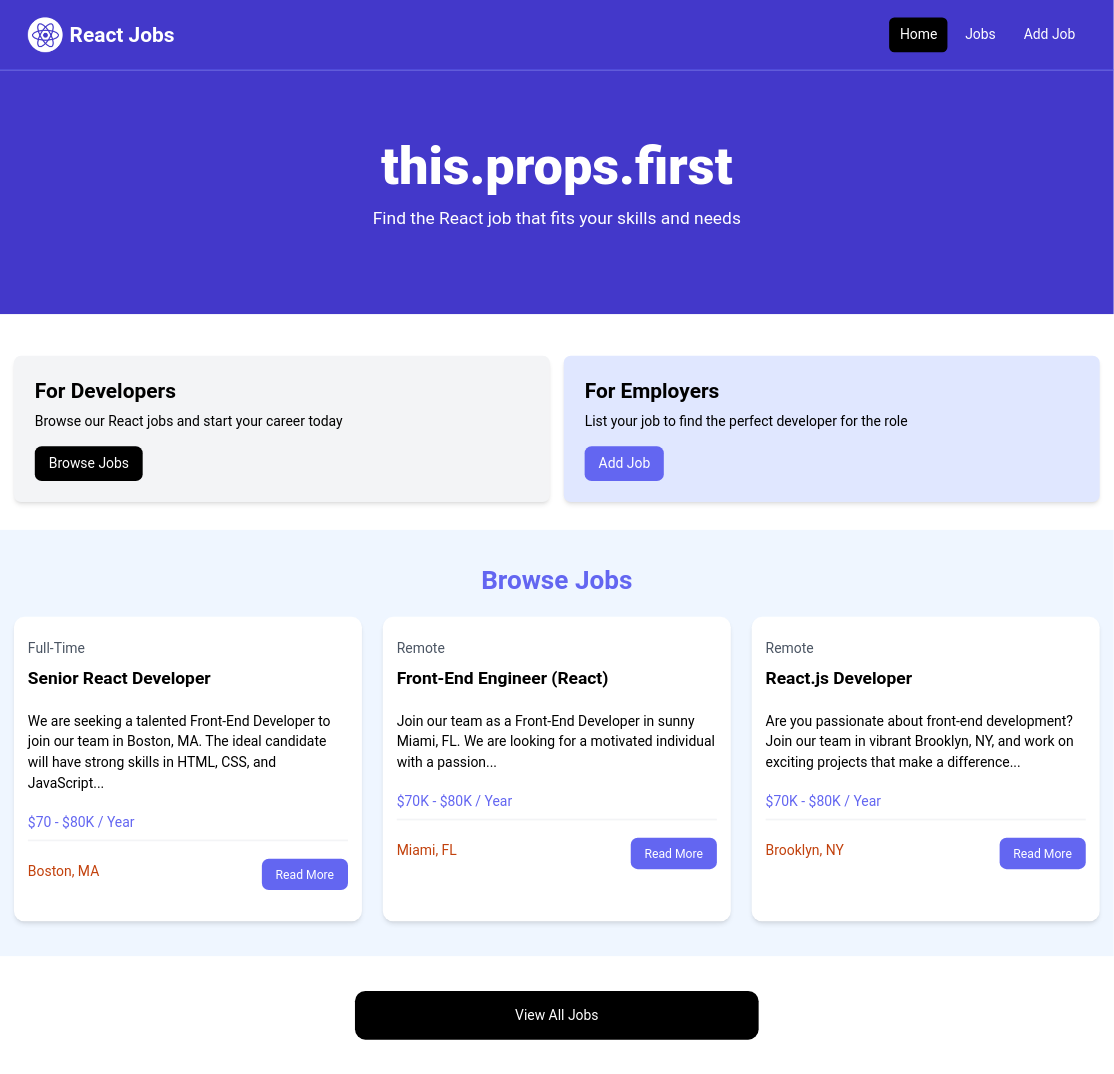
Repository: Geohot-2020/React_setup
Page: / (app in react-crash-2024/)
These files come from the project's save history. The page is drawn as it stood at one moment and after the next save; the edit follows.
The browser window is 1280 px wide. The pictures show the whole page, at 87% of full size.
The project was rebuilt for these pictures with package versions that can differ from the ones it lists, and the page was loaded fresh each time. Also part of the build but not shown: react-crash-2024/vite.config.js.

Above is the page before, as saved 2024-11-13 15:22:08.

### react-crash-2024/src/App.jsx
import React from 'react'
import Navbar from './components/Navbar'
import Hero from './components/Hero'
Hero
Navbar
const App = () => {
  return (
    <>
      <Navbar />

      <Hero title="Test Title" subtitle="this is the subtitle"/>

      {/* <!-- Developers and Employers --> */}
      <section className="py-4">
        <div className="container-xl lg:container m-auto">
          <div className="grid grid-cols-1 md:grid-cols-2 gap-4 p-4 rounded-lg">
            <div className="bg-gray-100 p-6 rounded-lg shadow-md">
              <h2 className="text-2xl font-bold">For Developers</h2>
              <p className="mt-2 mb-4">
                Browse our React jobs and start your career today
              </p>
              <a
                href="/jobs.html"
                className="inline-block bg-black text-white rounded-lg px-4 py-2 hover:bg-gray-700"
              >
                Browse Jobs
              </a>
            </div>
            <div className="bg-indigo-100 p-6 rounded-lg shadow-md">
              <h2 className="text-2xl font-bold">For Employers</h2>
              <p className="mt-2 mb-4">
                List your job to find the perfect developer for the role
              </p>
              <a
                href="/add-job.html"
                className="inline-block bg-indigo-500 text-white rounded-lg px-4 py-2 hover:bg-indigo-600"
              >
                Add Job
              </a>
            </div>
          </div>
        </div>
      </section>

      {/* <!-- Browse Jobs --> */}
      <section className="bg-blue-50 px-4 py-10">
        <div className="container-xl lg:container m-auto">
          <h2 className="text-3xl font-bold text-indigo-500 mb-6 text-center">
            Browse Jobs
          </h2>
          <div className="grid grid-cols-1 md:grid-cols-3 gap-6">
            {/* <!-- Job Listing 1 --> */}
            <div className="bg-white rounded-xl shadow-md relative">
              <div className="p-4">
                <div className="mb-6">
                  <div className="text-gray-600 my-2">Full-Time</div>
                  <h3 className="text-xl font-bold">Senior React Developer</h3>
                </div>

                <div className="mb-5">
                  We are seeking a talented Front-End Developer to join our team in Boston, MA. The ideal candidate will have strong skills in HTML, CSS, and JavaScript...
                </div>

                <h3 className="text-indigo-500 mb-2">$70 - $80K / Year</h3>

                <div className="border border-gray-100 mb-5"></div>

                <div className="flex flex-col lg:flex-row justify-between mb-4">
                  <div className="text-orange-700 mb-3">
                    <i className="fa-solid fa-location-dot text-lg"></i>
                    Boston, MA
                  </div>
                  <a
                    href="job.html"
                    className="h-[36px] bg-indigo-500 hover:bg-indigo-600 text-white px-4 py-2 rounded-lg text-center text-sm"
                  >
                    Read More
                  </a>
                </div>
              </div>
            </div>
            {/* <!-- Job Listing 2 --> */}
            <div className="bg-white rounded-xl shadow-md relative">
              <div className="p-4">
                <div className="mb-6">
                  <div className="text-gray-600 my-2">Remote</div>
                  <h3 className="text-xl font-bold">Front-End Engineer (React)</h3>
                </div>

                <div className="mb-5">
                  Join our team as a Front-End Developer in sunny Miami, FL. We are looking for a motivated individual with a passion...
                </div>

                <h3 className="text-indigo-500 mb-2">$70K - $80K / Year</h3>

                <div className="border border-gray-100 mb-5"></div>

                <div className="flex flex-col lg:flex-row justify-between mb-4">
                  <div className="text-orange-700 mb-3">
                    <i className="fa-solid fa-location-dot text-lg"></i>
                    Miami, FL
                  </div>
                  <a
                    href="job.html"
                    className="h-[36px] bg-indigo-500 hover:bg-indigo-600 text-white px-4 py-2 rounded-lg text-center text-sm"
                  >
                    Read More
                  </a>
                </div>
              </div>
            </div>
            {/* <!-- Job Listing 3 --> */}
            <div className="bg-white rounded-xl shadow-md relative">
              <div className="p-4">
                <div className="mb-6">
                  <div className="text-gray-600 my-2">Remote</div>
                  <h3 className="text-xl font-bold">React.js Developer</h3>
                </div>

                <div className="mb-5">
                  Are you passionate about front-end development? Join our team in vibrant Brooklyn, NY, and work on exciting projects that make a difference...
                </div>

                <h3 className="text-indigo-500 mb-2">$70K - $80K / Year</h3>

                <div className="border border-gray-100 mb-5"></div>

                <div className="flex flex-col lg:flex-row justify-between mb-4">
                  <div className="text-orange-700 mb-3">
                    <i className="fa-solid fa-location-dot text-lg"></i>
                    Brooklyn, NY
                  </div>
                  <a
                    href="job.html"
                    className="h-[36px] bg-indigo-500 hover:bg-indigo-600 text-white px-4 py-2 rounded-lg text-center text-sm"
                  >
                    Read More
                  </a>
                </div>
              </div>
            </div>
          </div>
        </div>
      </section>

      <section className="m-auto max-w-lg my-10 px-6">
        <a
          href="jobs.html"
          className="block bg-black text-white text-center py-4 px-6 rounded-xl hover:bg-gray-700"
        >View All Jobs</a
        >
      </section>
    </>
  )
}

export default App

### react-crash-2024/src/components/Navbar.jsx
import React from 'react'
import logo from '../assets/images/logo.png'
const Navbar = () => {
    return (
        <nav className="bg-indigo-700 border-b border-indigo-500">
            <div className="mx-auto max-w-7xl px-2 sm:px-6 lg:px-8">
                <div className="flex h-20 items-center justify-between">
                    <div
                        className="flex flex-1 items-center justify-center md:items-stretch md:justify-start"
                    >
                        {/* <!-- Logo --> */}
                        <a className="flex flex-shrink-0 items-center mr-4" href="/index.html">
                            <img
                                className="h-10 w-auto"
                                src={logo}
                                alt="React Jobs"
                            />
                            <span className="hidden md:block text-white text-2xl font-bold ml-2"
                            >React Jobs</span
                            >
                        </a>
                        <div className="md:ml-auto">
                            <div className="flex space-x-2">
                                <a
                                    href="/index.html"
                                    className="text-white bg-black hover:bg-gray-900 hover:text-white rounded-md px-3 py-2"
                                >Home</a
                                >
                                <a
                                    href="/jobs.html"
                                    className="text-white hover:bg-gray-900 hover:text-white rounded-md px-3 py-2"
                                >Jobs</a
                                >
                                <a
                                    href="/add-job.html"
                                    className="text-white hover:bg-gray-900 hover:text-white rounded-md px-3 py-2"
                                >Add Job</a
                                >
                            </div>
                        </div>
                    </div>
                </div>
            </div>
        </nav>
    )
}

export default Navbar

### react-crash-2024/src/components/Hero.jsx
import React from 'react'

const Hero = (props) => {
    return (
        <section className="bg-indigo-700 py-20 mb-4">
            <div
                className="max-w-7xl mx-auto px-4 sm:px-6 lg:px-8 flex flex-col items-center"
            >
                <div className="text-center">
                    <h1
                        className="text-4xl font-extrabold text-white sm:text-5xl md:text-6xl"
                    >
                        this.props.first
                    </h1>
                    <p className="my-4 text-xl text-white">
                        Find the React job that fits your skills and needs
                    </p>
                </div>
            </div>
        </section>
    )
}

export default Hero

### react-crash-2024/tailwind.config.js
/** @type {import('tailwindcss').Config} */
export default {
  content: [
    "./index.html",
    "./src/**/*.{js,ts,jsx,tsx}",
  ],
  theme: {
    extend: {
      fontFamily: {
        sans: ['Roboto', 'sans-serif'],
      },
      gridTemplateColumns: {
        '70/30': '70% 28%',
      },
    },
  },
  plugins: [],
}

Loaded but not shown: react-crash-2024/index.html (common file); react-crash-2024/src/main.jsx (common file); react-crash-2024/src/index.css (common file)

After the next save:
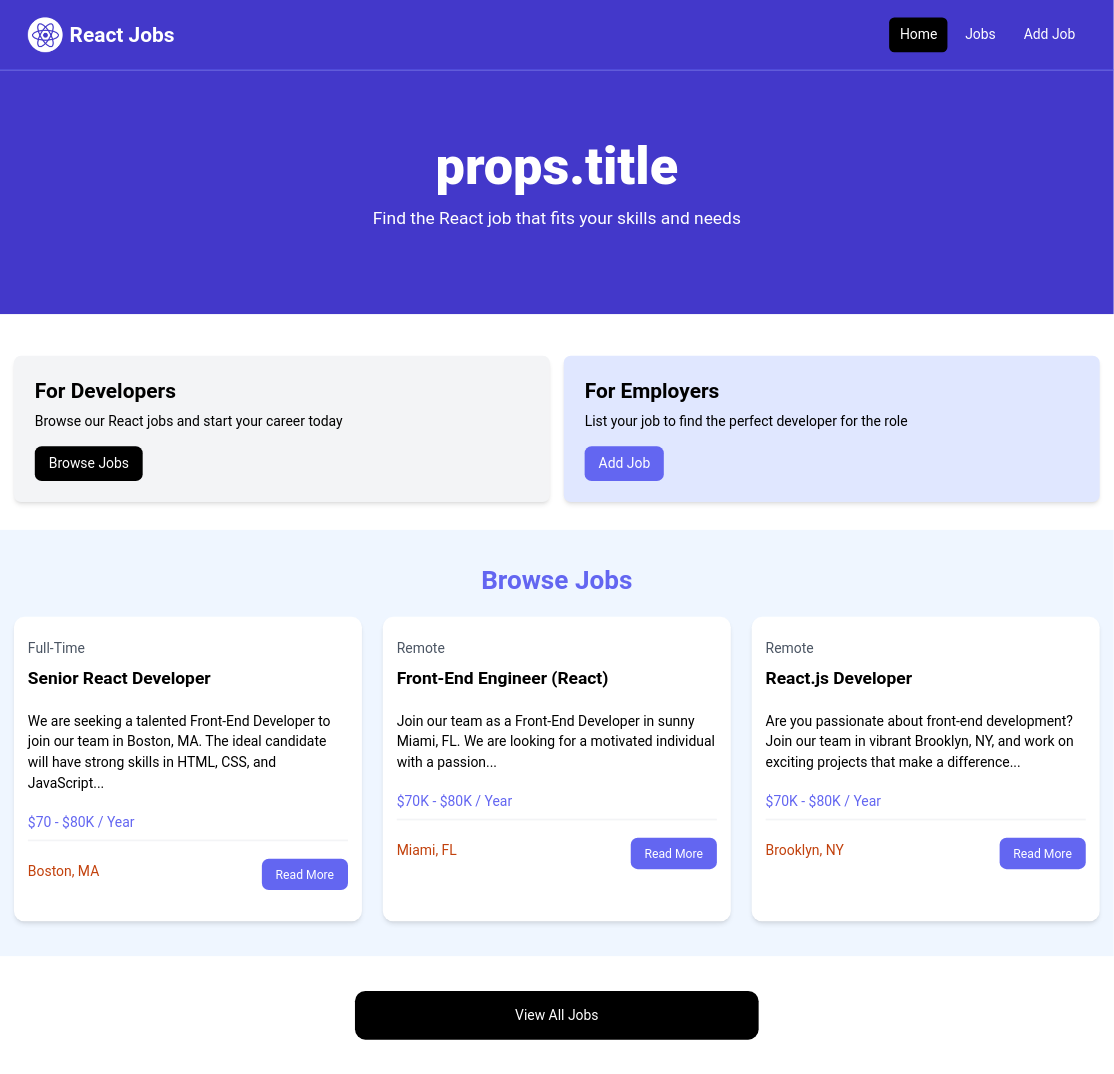
Saved 6 s later.
--- a/react-crash-2024/src/components/Hero.jsx
+++ b/react-crash-2024/src/components/Hero.jsx
@@ -10,7 +10,7 @@ const Hero = (props) => {
                     <h1
                         className="text-4xl font-extrabold text-white sm:text-5xl md:text-6xl"
                     >
-                        this.props.first
+                        props.title
                     </h1>
                     <p className="my-4 text-xl text-white">
                         Find the React job that fits your skills and needs
